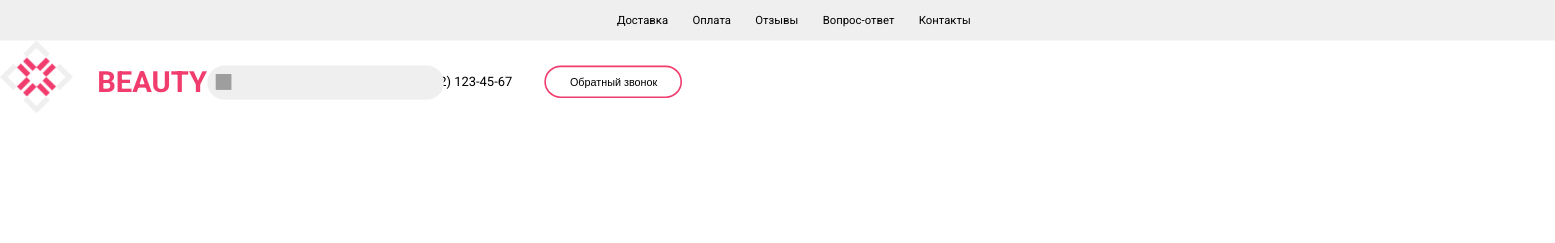
Repository: savannaaaas/verstka
Page: index.html
An editor plug-in stored every save of this project. The page is shown before and after the next save, followed by the edit.
The browser window is 1280 px wide. The page is 1920 px wide, so the pictures cover 1920 px, including what lies to the right of the window. The pictures show the whole page, at 81% of full size.
Pictures or frames that could not be fetched are drawn as grey boxes. Some web fonts or font styles are not loaded; a fallback is used.

Above is the page before, as saved 2025-04-15 16:25:13.

After the next save:
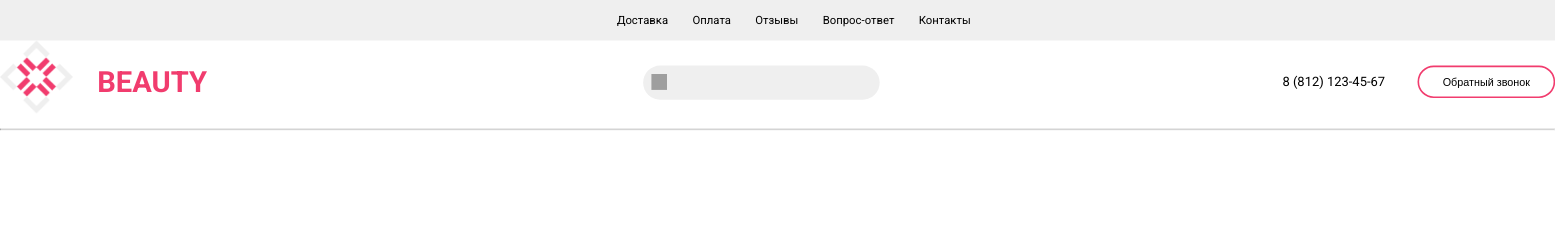
Saved 65 s later.
--- a/index.html
+++ b/index.html
@@ -32,8 +32,8 @@
                 <p>8 (812) 123-45-67</p>
                 <button>Обратный звонок</button>
             </div>
-            <hr>
-        </div>
+
+        </div> <hr>
     </div>
 </body>
 </html>
